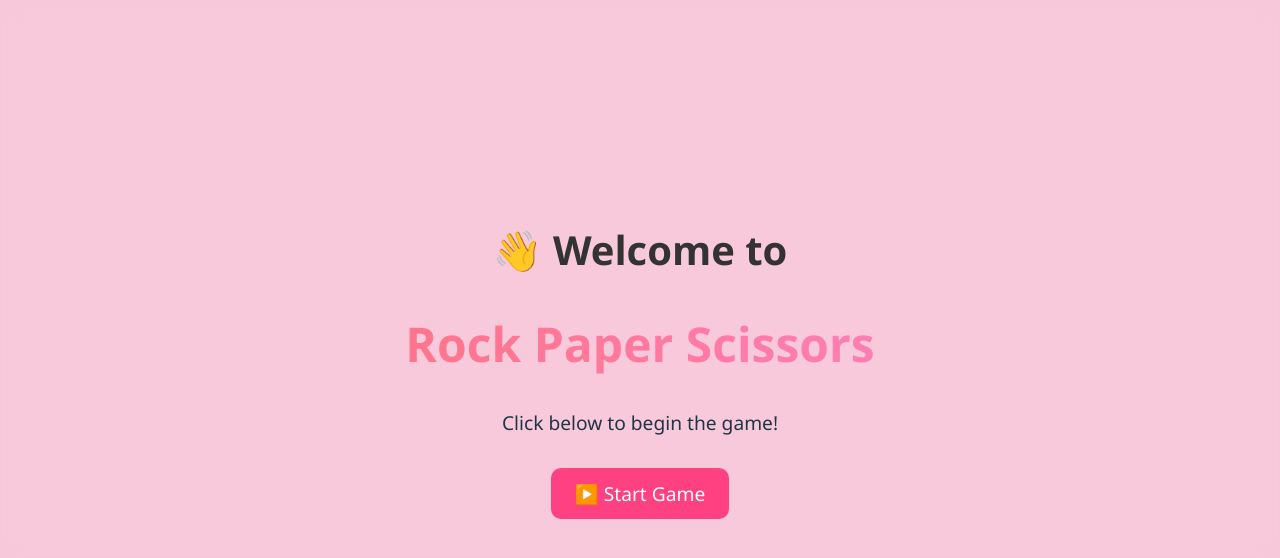
Repository: SECE-2023-2027/weekend-make-a-rock-paper-scissors-game-Harshi0916
Page: / (app in rock_paper_scissor/)
An editor plug-in stored every save of this project. The page is shown before and after the next save, followed by the edit.
The browser window is 1280 px wide. The pictures show the whole page.
The project was rebuilt for these pictures with package versions that can differ from the ones it lists, and the page was loaded fresh each time. Also part of the build but not shown: rock_paper_scissor/vite.config.js.

Above is the page before, as saved 2025-07-06 16:37:50.

After the next save:
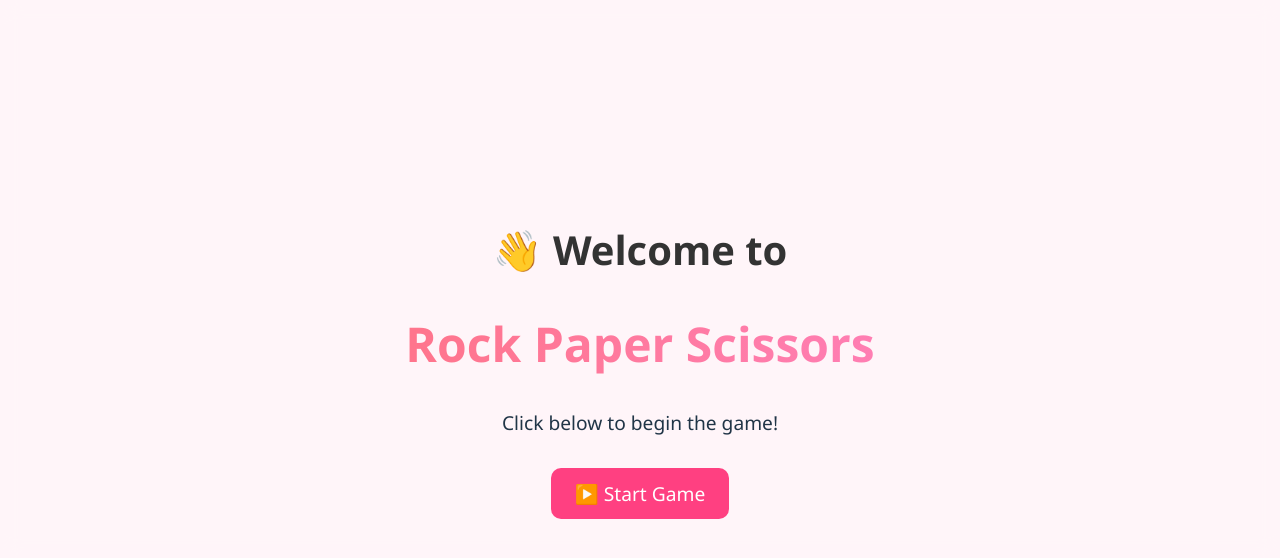
Saved 13 s later.
--- a/rock_paper_scissor/src/App.css
+++ b/rock_paper_scissor/src/App.css
@@ -6,7 +6,7 @@ html, body, #root {
   width: 100%;
   font-family: 'Segoe UI', sans-serif;
   overflow: hidden;
-  background-color: hsl(338, 77%, 70%);
+  background-color: #ffe7f0;
   position: relative;
 }
 
